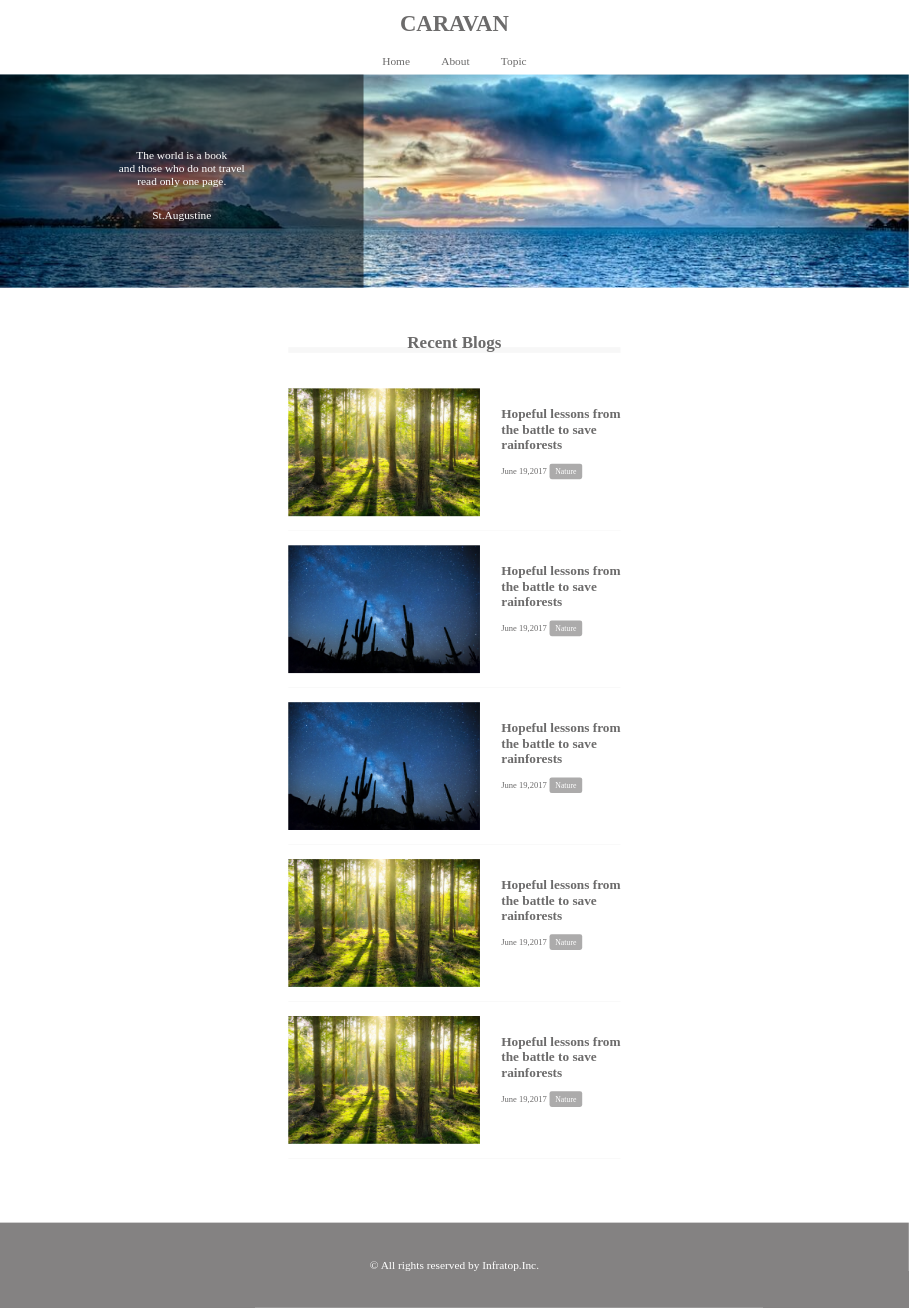
Repository: mitoma99/task4
Page: caravan/index.html
The author's editor kept a record of every edit. The page is drawn from the files as they stood at one moment, then again after the next edit.
The browser window is 1280 px wide. The pictures show the whole page, at 71% of full size.

Above is the page before.

### caravan/index.html
<!DOCTYPE html>
<html lang="ja">
  <head>
    <meta charset="UTF-8"/>
    <link rel="stylesheet" href="style.css"/>
    <title>CARAVAN</title>
  </head>


<body>
  <header>
    <h1 class="heading">
      <a href="index.html">
        CARAVAN
      </a>
    </h1>
  </header>

  <nav>
    <ul class="nav-list">
      <li class="nav-list-item">
        <a href="index.html">Home</a>
      </li>
      <li class="nav-list-item">About</li>
      <li class="nav-list-item">Topic</li>
    </ul>
  </nav>

  <div class="main-visual">
    <div class="main-visual-content">
      <p class="main-visual-text">
        The world is a book<br/>
        and those who do not travel<br/>
        read only one page.
      </p>
      <p class="main-visual-name">
        St.Augustine
      </p>
    </div>
  </div>

  <main>
    <section class="biog">
      <h2 class="blog-heading">Recent Blogs</h2>

      <div class="blog-box">
      <div class="blog-item">
        <img class="blog-image" src="img/forest.jpg"/>
        <section class="blog-text">
          <h3 class="blog-text-heading">
            <a href="single.html">
              Hopeful lessons from<br>
              the battle to save<br>
              rainforests
            </a>
          </h3>
          <p class="blog-date">June 19,2017</p>
          <span class="category">Nature</span>
        </section>
      </div>
      <div class="blog-item">
        <img class="blog-image" src="img/desert.jpg"/>
        <section class="blog-text">
          <h3 class="blog-text-heading">
            <a href="single.html">
              Hopeful lessons from<br>
              the battle to save<br>
              rainforests
            </a>
          </h3>
          <p class="blog-date">June 19,2017</p>
          <span class="category">Nature</span>
        </section>
        </div>
         <div class="blog-item">
        <img class="blog-image" src="img/desert.jpg"/>
        <section class="blog-text">
          <h3 class="blog-text-heading">
            <a href="single.html">
              Hopeful lessons from<br>
              the battle to save<br>
              rainforests
            </a>
          </h3>
          <p class="blog-date">June 19,2017</p>
          <span class="category">Nature</span>
        </section>
        </div>
         <div class="blog-item">
        <img class="blog-image" src="img/forest.jpg"/>
        <section class="blog-text">
          <h3 class="blog-text-heading">
            <a href="single.html">
              Hopeful lessons from<br>
              the battle to save<br>
              rainforests
            </a>
          </h3>
          <p class="blog-date">June 19,2017</p>
          <span class="category">Nature</span>
        </section>
        </div>
         <div class="blog-item">
        <img class="blog-image" src="img/forest.jpg"/>
        <section class="blog-text">
          <h3 class="blog-text-heading">
            <a href="single.html">
              Hopeful lessons from<br>
              the battle to save<br>
              rainforests
            </a>
          </h3>
          <p class="blog-date">June 19,2017</p>
          <span class="category">Nature</span>
        </section>
        </div>
      </div>
    </section>
    <div class="sidebar"></div>
  </main>

  <footer>
    <p class="footer-text">© All rights reserved by Infratop.Inc.</p>
  </footer>
 </body>
</html>

### caravan/style.css
*{
  margin:0;
  padding:0;
  box-sizing:border-box;
  color:#6c6b6b;
}

a{
  text-decoration:none;
}

header{
  width:90%;
  padding:15px 0;
  margin:0 auto;
  text-align:center;
}

header.heading{
  font-size:32px;
}

.nav-list{
  text-align:center;
  padding:10px 0;
  margin:0 auto;
}

.nav-list-item{
  list-style:none;
  display:inline-block;
  margin:0 20px;
}

.main-visual{
  width:100%;
  height:300px;
  background-image:url(img/mv.jpg);
  background-size:cover;
  background-position:center;
}

.main-visual-content{
  width:40%;
  height:300px;
  background-color:rgba(0,0,0,0.5);
  text-align:center;
  padding-top:105px;
}

.main-visual-text{
  color:#fff;
}

.main-visual-name{
  margin-top:30px;
  color:#fff;
}

main{
  width:800px;
  display:flex;
  justify-content:center;
  margin:0 auto;
  padding:70px 0;
}

.blog{
  width:540px;
  margin-right:30px;
}

.blog-heading{
  border-bottom:8px solid #f7f7f7;
  text-align:center;
  line-height:0.6;
}

.blog-box{
  padding-top:50px;
}

.blog-item{
  padding-bottom:20px;
  margin-bottom:20px;
  border-bottom:1px solid #f7f7f7;
  display:flex;
  justify-content:flex-start;
}

.blog-image{
  height:180px;
}

.blog-text{
  padding:25px 0 0 30px;
}

.blog-text-heading{
  padding-bottom:15px;
}

.blog-date{
  font-size:12px;
  display:inline-block;
}

.category{
  display:inline-block;
  padding:5px 8px;
  background-color:#acabab;
  border-radius:3px;
  color:#fff;
  font-size:11px;
}

.sideber{
  width:230px;
}

footer{
  width:100%;
  height:120px;
  text-align:center;
  line-height:120px;
  background-color:#848282;
}

.footer-text{
  color:#fff;
}

After the next edit:
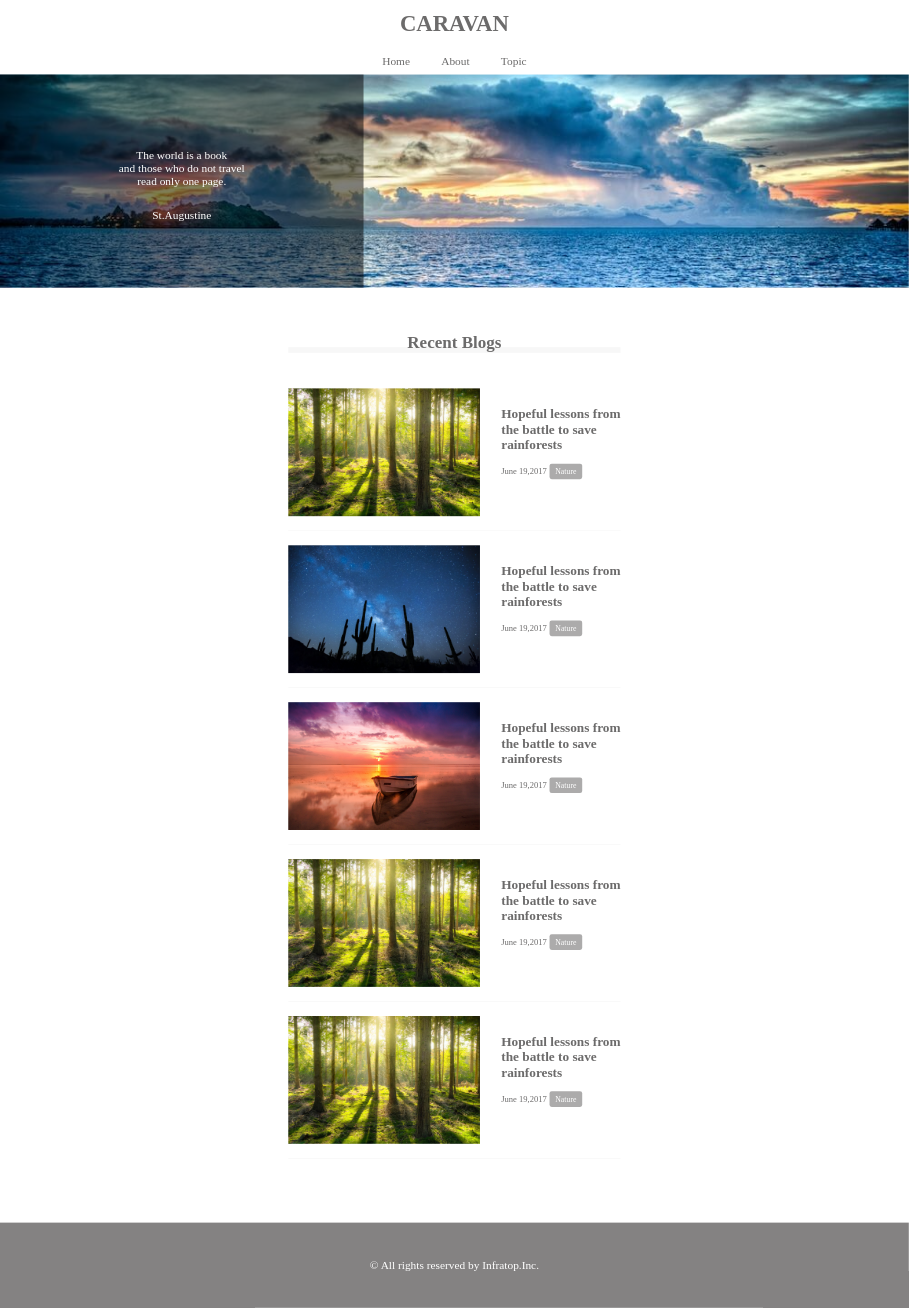
The edit:
--- a/caravan/index.html
+++ b/caravan/index.html
@@ -73,7 +73,7 @@
         </section>
         </div>
          <div class="blog-item">
-        <img class="blog-image" src="img/desert.jpg"/>
+        <img class="blog-image" src="img/sunset.jpg"/>
         <section class="blog-text">
           <h3 class="blog-text-heading">
             <a href="single.html">
